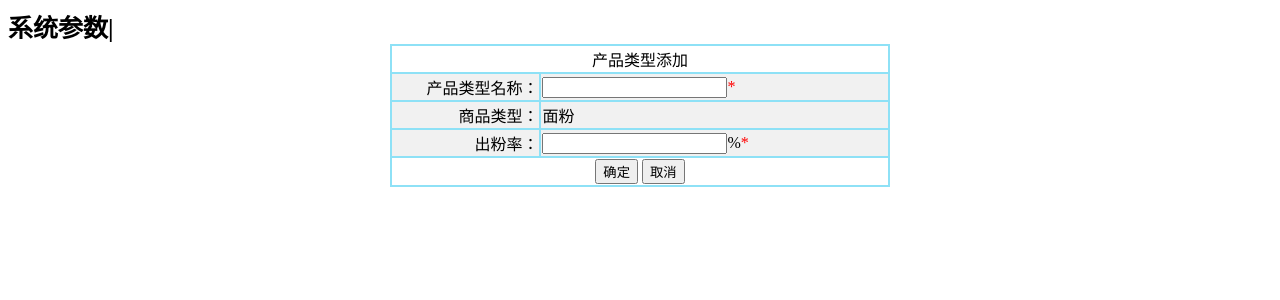
Repository: yuxingyan/OneCrewFlour
Page: http://localhost/Flour/addproduct.jsp
An editor plug-in stored every save of this project. The page is shown before and after the next save, followed by the edit.
The browser window is 1280 px wide. The pictures show the whole page.
The page is served by Tomcat 9. Nobody is signed in. The application's start-up code is not run.

Above is the page before, as saved 2018-01-11 07:32:25.

After the next save:
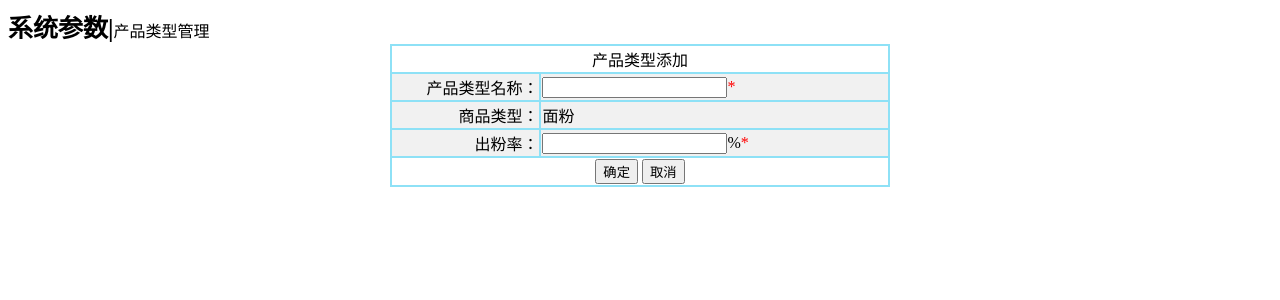
Saved 18 s later.
--- a/Flour/WebRoot/addproduct.jsp
+++ b/Flour/WebRoot/addproduct.jsp
@@ -52,7 +52,7 @@ String basePath = request.getScheme()+"://"+request.getServerName()+":"+request.
   </head>
 
   <body>
-  <strong style="font-size:25px">系统参数|</strong>
+  <strong style="font-size:25px">系统参数|</strong>产品类型管理
   <form id="form1"name="form1" action="addproduct">
 
     <center>
